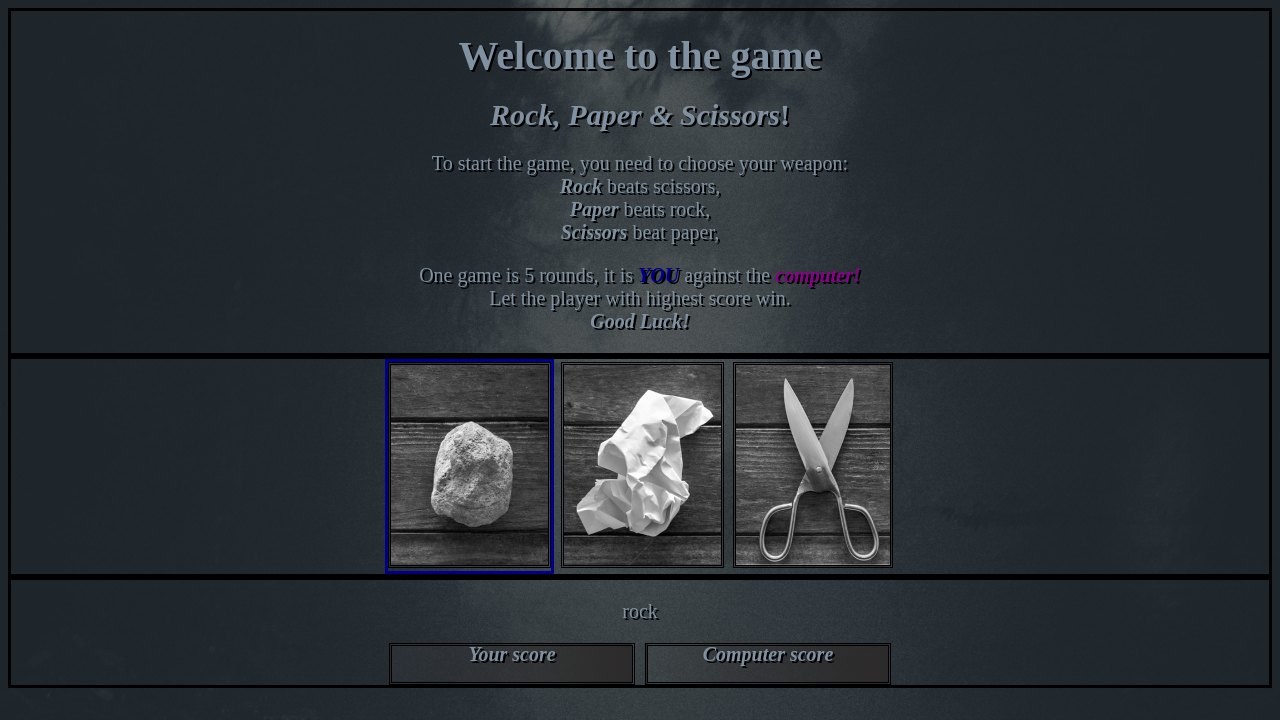
Repository: agneta1991/rock-paper-scissors
Page: Desktop/coding/index.html
The author's editor kept a copy of each file at every save. The page is drawn from the files as they stood at one save, then again after the next save.
The browser window is 1280 px wide. The pictures show the whole page.
After loading, the first visible `button.rock` was clicked once.

Above is the page before, as saved 2023-03-03 09:52:35.

After the next save:
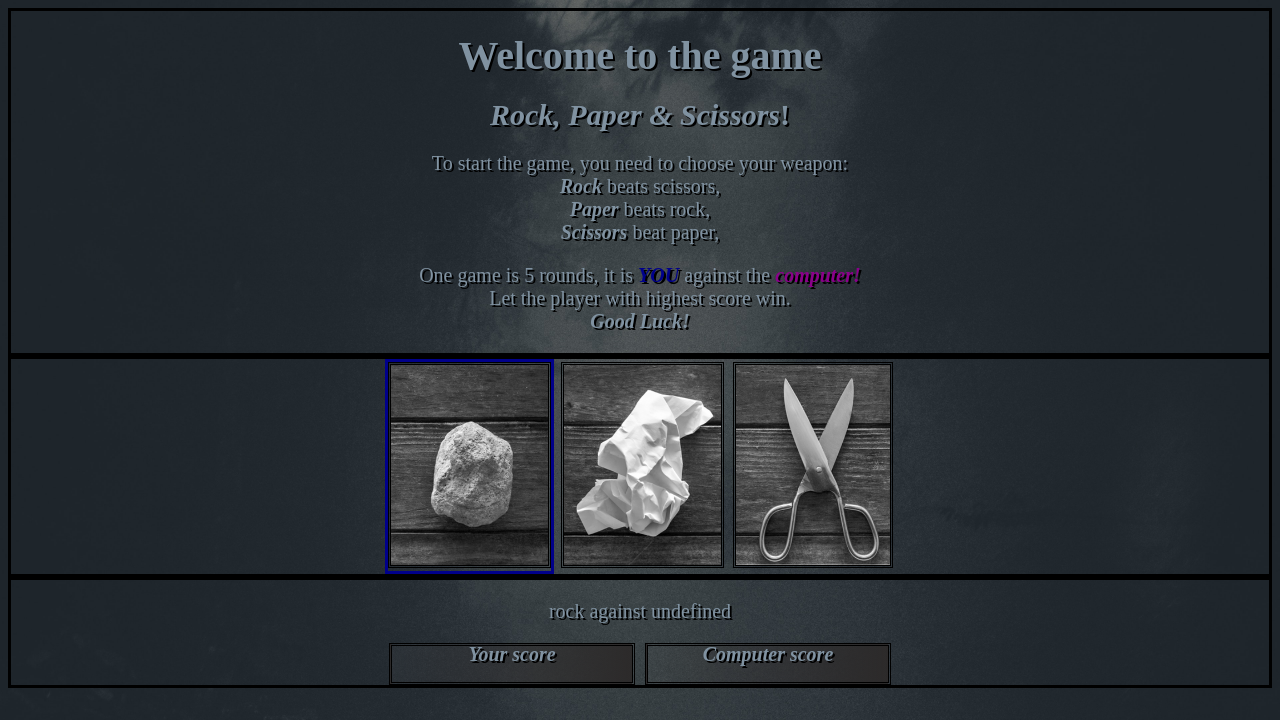
Saved 94 s later.
--- a/Desktop/coding/javascript.js
+++ b/Desktop/coding/javascript.js
@@ -8,7 +8,7 @@ let btn = document.querySelectorAll('button');
 btn.forEach((individualBtn)=>{
     individualBtn.addEventListener('click', function getPlayersChoice(){
         let playerChoice = individualBtn.className;
-        document.getElementById('displayed').innerHTML = playerChoice;
+        document.getElementById('displayed').innerHTML = playerChoice + ' against ' + getComputerChoice();
 
         if (playerChoice === 'rock' || 'paper' || 'scissors'){
             addColor();
@@ -17,7 +17,5 @@ btn.forEach((individualBtn)=>{
         function addColor(){
             individualBtn.style.border = 'solid darkblue';
         }
-
-        getComputerChoice();
     });
 });
